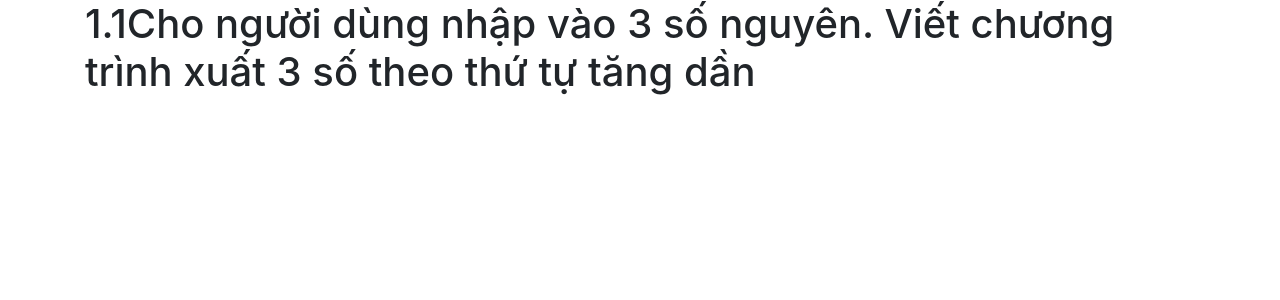
Repository: baobaodeveloper/bootscamp21__jsbasic__HuynhAnhBao
Page: index.html
The author's editor kept a copy of each file at every save. The page is drawn from the files as they stood at one save, then again after the next save.
The browser window is 1280 px wide. The pictures show the whole page.

Above is the page before, as saved 2022-03-09 22:57:25.

After the next save:
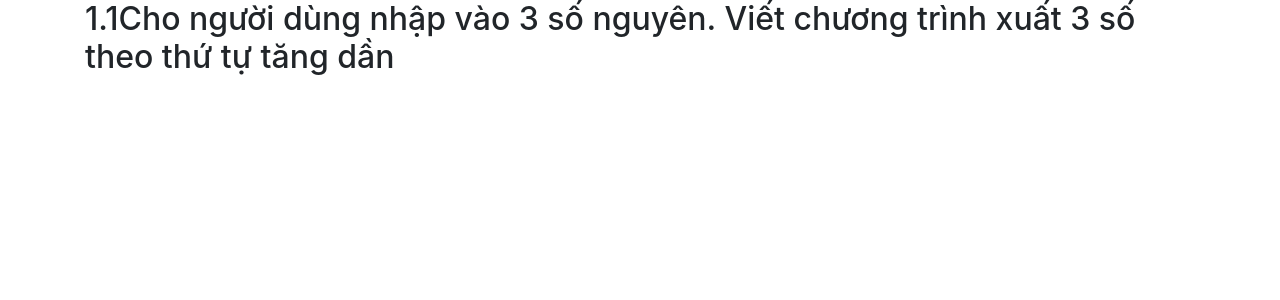
Saved 6 s later.
--- a/index.html
+++ b/index.html
@@ -19,10 +19,10 @@
   </head>
   <body>
     <div class="container">
-      <h1>
+      <h2>
         1.1Cho người dùng nhập vào 3 số nguyên. Viết chương trình xuất 3 số theo
         thứ tự tăng dần
-      </h1>
+      </h2>
     </div>
     <!-- Optional JavaScript -->
     <!-- jQuery first, then Popper.js, then Bootstrap JS -->
